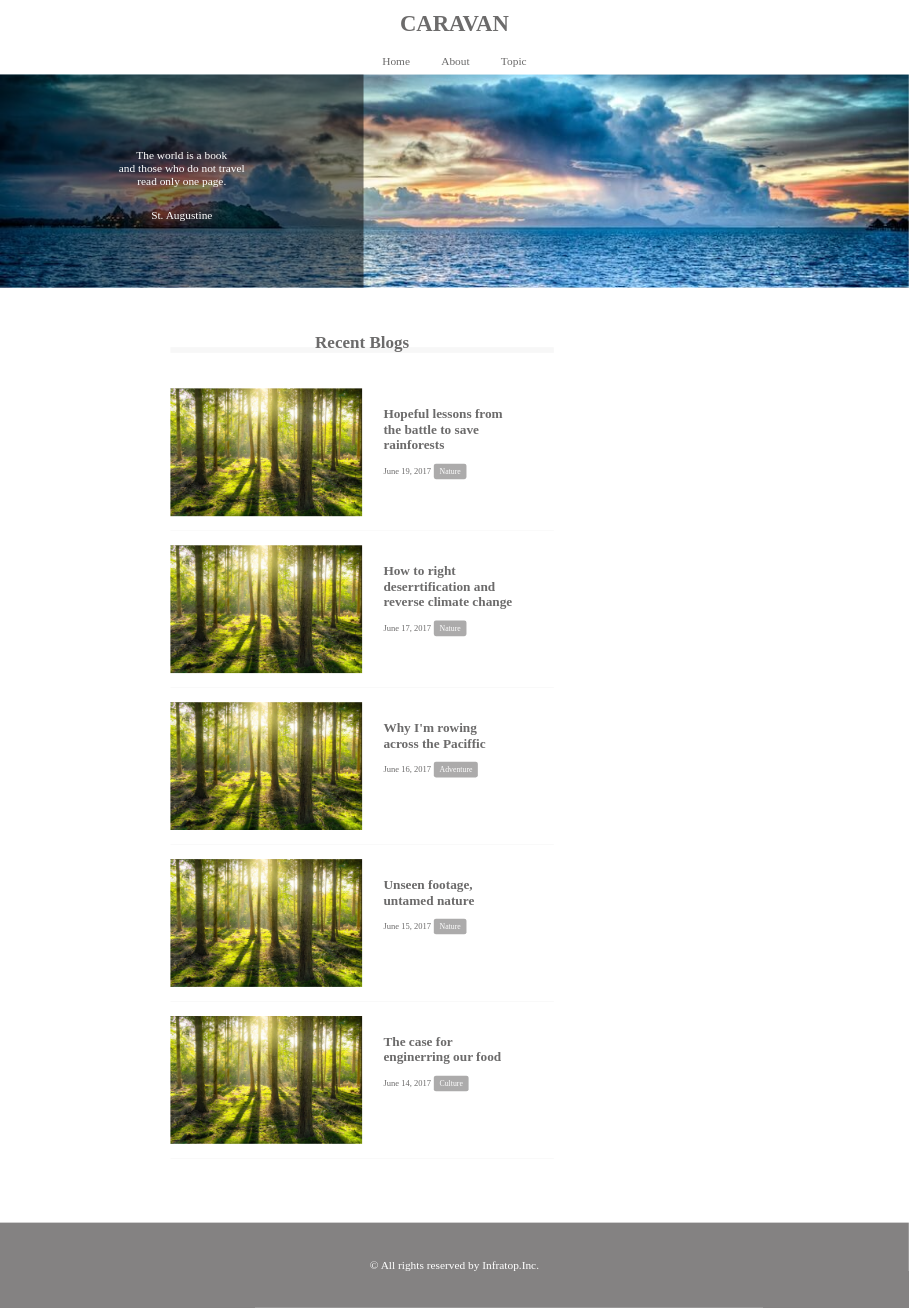
Repository: RAM-OK/git-practice
Page: caravan/index.html
The author's editor kept a record of every edit. The page is drawn from the files as they stood at one moment, then again after the next edit.
The browser window is 1280 px wide. The pictures show the whole page, at 71% of full size.

Above is the page before.

### caravan/index.html
<!DOCTYPE html>
<html lang="ja">
  <head>
    <meta charset="UTF-8" />
    <!-- CSSファイルの読み込み -->
    <link rel="stylesheet" href="style.css" />
    <title>CARAVAN</title>
  </head>

  <body>
    <!-- header -->
    <header>
      <h1 class="heading">
        <a href="index.html">
          CARAVAN
        </a>
      </h1>
    </header>

    <!-- navigation -->
    <nav>
      <ul class="nav-list">
        <li class="nav-list-item">
          <a href="index.html">Home</a>
        </li>
        <li class="nav-list-item">About</li>
        <li class="nav-list-item">Topic</li>
        </ul>
    </nav>

    <!-- main-visual用のdiv -->
    <div class="main-visual">
      <div class="main-visual-content">
    <p class="main-visual-text">
      The world is a book<br />
      and those who do not travel<br />
      read only one page.
    </p>
    <p class="main-visual-name">
      St. Augustine
    </p>
    　</div>
    </div>

    <!-- main用のdiv -->
    <main>
      <section class="blog">
        <h2 class="blog-heading">Recent Blogs</h2>
        <div class="blog-box">
        <div class="blog-item">
          <img class="blog-image" src="img/forest.jpg">
          <section class="blog-text">
            <h3 class="blog-text-heading">
              <a href="single.html">
                Hopeful lessons from<br />
                the battle to save<br />
                rainforests
              </a>
            </h3>
            <p class="blog-date">June 19, 2017</p>
            <span class="category">Nature</span>
          </section>
        </div>
        <div class="blog-item">
          <img class="blog-image" src="img/forest.jpg">
          <section class="blog-text">
            <h3 class="blog-text-heading">
              <a href="single.html">
                How to right<br />
                deserrtification and<br />
                reverse climate change
              </a>
            </h3>
            <p class="blog-date">June 17, 2017</p>
            <span class="category">Nature</span>
          </section>
        </div>
        <div class="blog-item">
          <img class="blog-image" src="img/forest.jpg">
          <section class="blog-text">
            <h3 class="blog-text-heading">
              <a href="single.html">
                Why I'm rowing<br />
                across the Paciffic<br />
              </a>
            </h3>
            <p class="blog-date">June 16, 2017</p>
            <span class="category">Adventure</span>
          </section>
        </div>
        <div class="blog-item">
          <img class="blog-image" src="img/forest.jpg">
          <section class="blog-text">
            <h3 class="blog-text-heading">
              <a href="single.html">
                Unseen footage,<br />
                untamed nature
              </a>
            </h3>
            <p class="blog-date">June 15, 2017</p>
            <span class="category">Nature</span>
          </section>
        </div>
        <div class="blog-item">
          <img class="blog-image" src="img/forest.jpg">
          <section class="blog-text">
            <h3 class="blog-text-heading">
              <a href="single.html">
                The case for<br />
                enginerring our food
              </a>
            </h3>
            <p class="blog-date">June 14, 2017</p>
            <span class="category">Culture</span>
          </section>
        </div>
        </div>
       </div>
      </section>
      <div class="sidebar"></div>
    </main>

    <!-- footer -->
    <footer>
      <p class="footer-text">︎© All rights reserved by Infratop.Inc. </p>
    </footer>
  </body>
</html>

### caravan/style.css
/* ブラウザがそれぞれ持っているCSSをリセットするための記述 */
* {
  margin: 0;
  padding: 0;
  box-sizing: border-box;
  color: #6c6b6b;
}

a {
  text-decoration: none;
}

header {
  width: 90%; /* 横幅90% */
  padding: 15px 0;
  margin: 0 auto;
  text-align: center;
}

header .heading { /* headerタグ内のheadingクラスにのみ反映される */
 font-size: 32px;
}

.nav-list {
  text-align: center;
  padding: 10px 0;
  margin: 0 auto;
}

.nav-list-item {
  list-style: none;
  display: inline-block;
  margin: 0 20px;
}

.main-visual {
  width: 100%; /* 横幅いっぱい */
  height: 300px; /* 高さ300px */
  background-image: url(img/mv.jpg);
  background-size: cover; /* 縦横比を維持したまま背景領域を埋め尽くす */
  background-position: center; /* 背景画像を中央に配置 */
}

.main-visual-content {
  width: 40%; /* 横幅40% */
  height: 300px; /* 親の高さに揃える */
  background-color: rgba(0,0,0,0.5); /* 背景色を半透明の黒にする */
  text-align: center; /* 文字を中央揃えにする */
  padding-top: 105px; /* 上側の内側余白で垂直方向の位置を調整 */
}

.main-visual-text {
  color: #fff; /* 文字色を白に変更 */
}

.main-visual-name {
  margin-top: 30px; /* 上側の外側の余白 */
  color: #fff; /* 文字色を白に変更 */
}

main {
 width: 800px; /* 横幅800px */
 display: flex; /* Flexboxの利用 */
 justify-content: center; /* 要素横並び・中央寄せ */
 margin: 0 auto; /* 要素の中央揃え */
 padding: 70px 0; /* 上下に70px、左右に0pxの余白 */
}

.blog {
  width: 540px;
  margin-right: 30px; /* 領域の右側余白 */
}

.blog-heading {
  border-bottom: 8px solid #f7f7f7;
  text-align: center;
  line-height: 0.6;
}

.blog-box {
  padding-top: 50px;
}

.blog-item {
  padding-bottom: 20px;
  margin-bottom: 20px;
  border-bottom: 1px solid #f7f7f7;
  display: flex;
  justify-content: flex-start;
}

.blog-image {
  height: 180px;
}

.blog-text {
  padding: 25px 0 0 30px;
}

.blog-text-heading {
  padding-bottom: 15px;
}

.blog-date {
  font-size: 12px;
  display: inline-block;
}

.category {
  display: inline-block;
  padding: 5px 8px;
  background-color: #acabab;
  border-radius: 3px;
  color: #fff;
  font-size: 11px;
}

.sidebar {
  width: 230px;
}

footer {
  width: 100%;
  height: 120px;
  text-align: center;
  line-height: 120px;
  background-color: #848282;
}

.footer-text {
  color: #fff;
}

After the next edit:
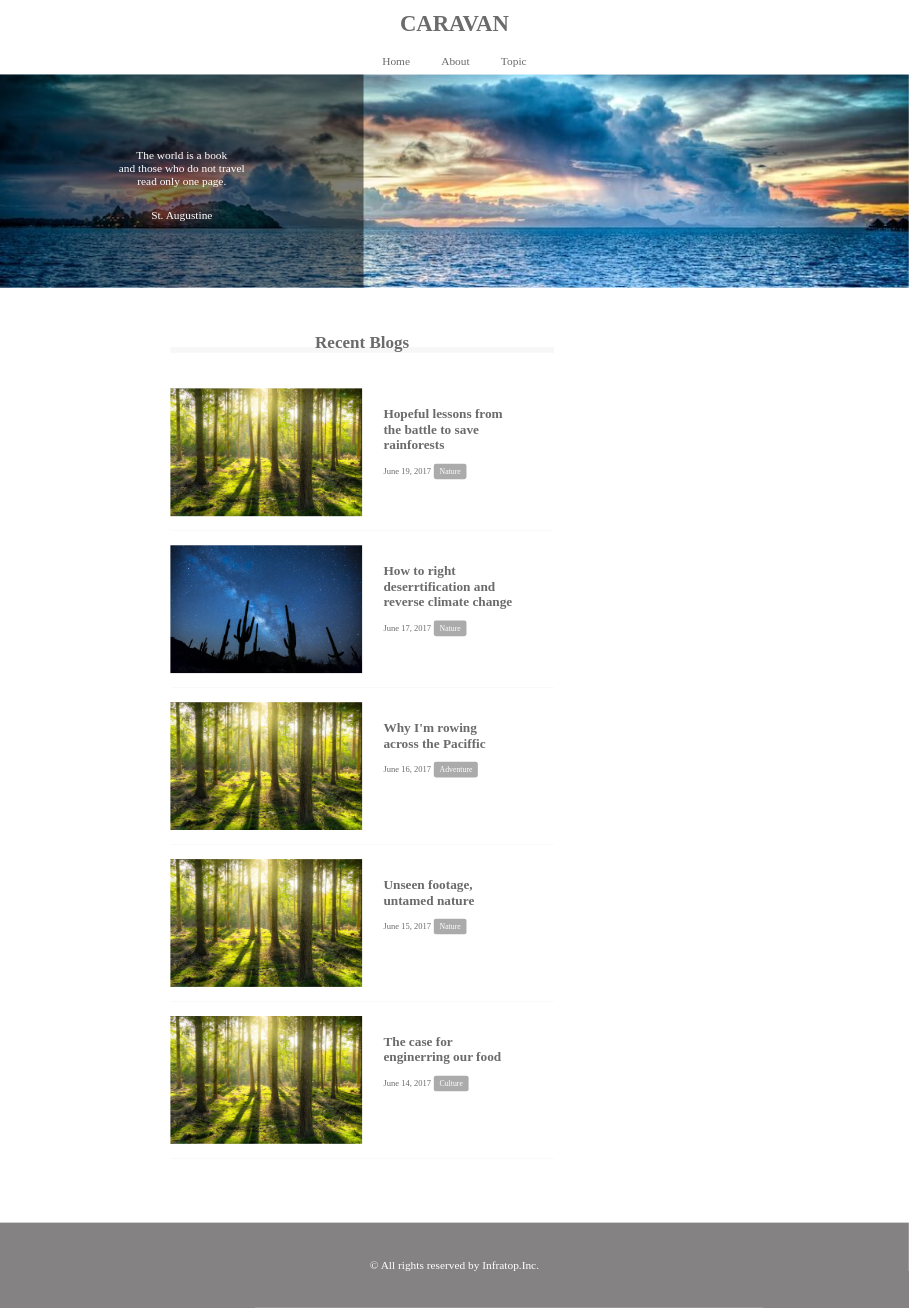
The edit:
--- a/caravan/index.html
+++ b/caravan/index.html
@@ -62,7 +62,7 @@
           </section>
         </div>
         <div class="blog-item">
-          <img class="blog-image" src="img/forest.jpg">
+          <img class="blog-image" src="img/desert.jpg">
           <section class="blog-text">
             <h3 class="blog-text-heading">
               <a href="single.html">
